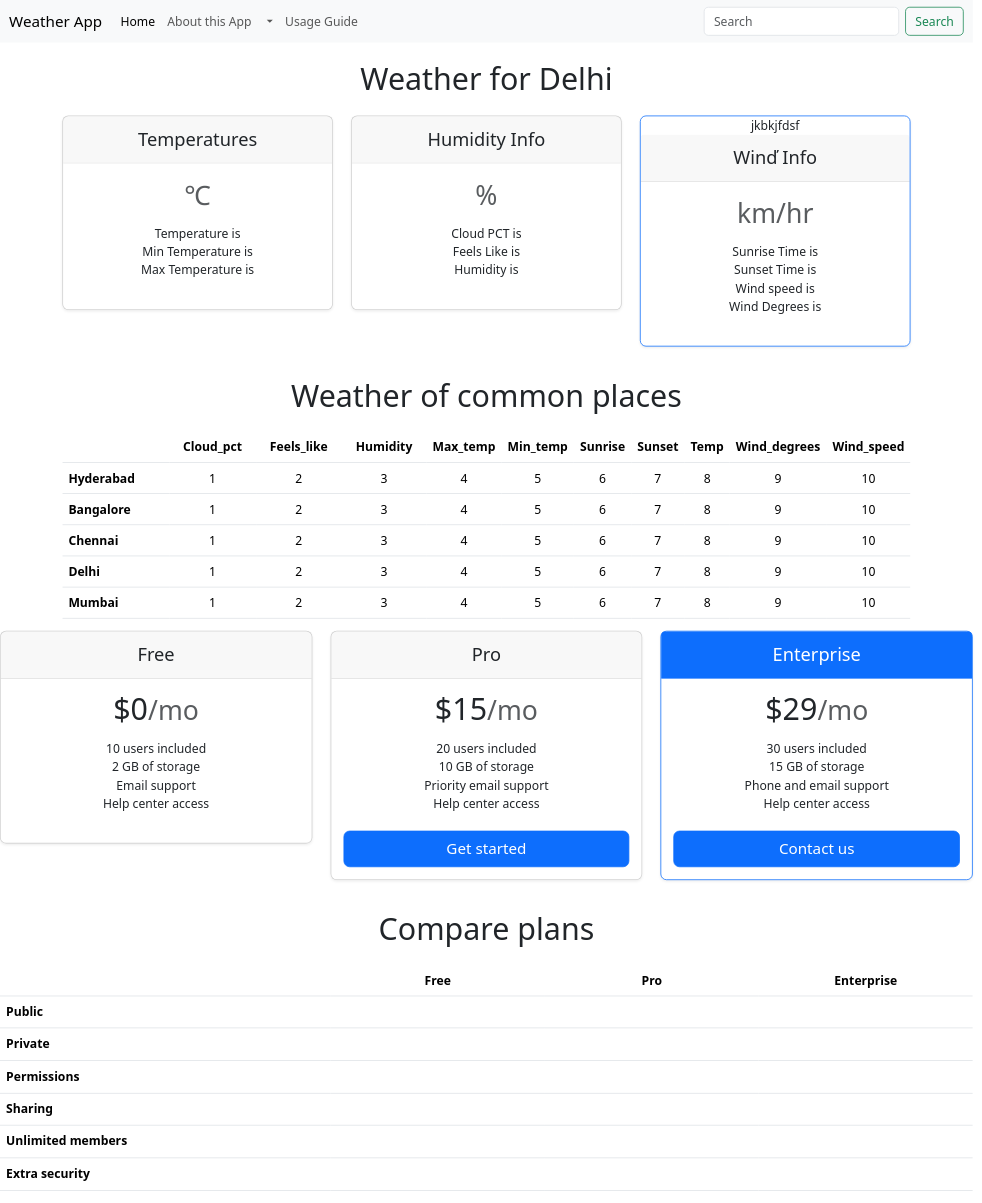
Repository: Abhilash2909/weather
Page: index.html
These files come from the project's save history. The page is drawn as it stood at one moment and after the next save; the edit follows.
The browser window is 1280 px wide. The page is 1292 px wide, so the pictures cover 1292 px, including what lies to the right of the window. The pictures show the whole page, at 76% of full size.
The page's requests for data from a server got no answer.

Above is the page before, as saved 2024-02-11 17:03:02.

### index.html
<!doctype html>
<html lang="en">
  <head>
    <meta charset="utf-8">
    <meta name="viewport" content="width=device-width, initial-scale=1">
    <title>My Weather App</title>
    <link href="https://cdn.jsdelivr.net/npm/bootstrap@5.3.2/dist/css/bootstrap.min.css" rel="stylesheet" integrity="sha384-T3c6CoIi6uLrA9TneNEoa7RxnatzjcDSCmG1MXxSR1GAsXEV/Dwwykc2MPK8M2HN" crossorigin="anonymous">
  </head>
  <body>
    <nav class="navbar navbar-expand-lg bg-body-tertiary">
        <div class="container-fluid">
          <a class="navbar-brand" href="#">Weather App</a>
          <button class="navbar-toggler" type="button" data-bs-toggle="collapse" data-bs-target="#navbarSupportedContent" aria-controls="navbarSupportedContent" aria-expanded="false" aria-label="Toggle navigation">
            <span class="navbar-toggler-icon"></span>
          </button>
          <div class="collapse navbar-collapse" id="navbarSupportedContent">
            <ul class="navbar-nav me-auto mb-2 mb-lg-0">
              <li class="nav-item">
                <a class="nav-link active" aria-current="page" href="#">Home</a>
              </li>
              <li class="nav-item">
                <a class="nav-link" href="#">About this App</a>
              </li>
              <li class="nav-item dropdown">
                <a class="nav-link dropdown-toggle" href="#" role="button" data-bs-toggle="dropdown" aria-expanded="false">
                </a>
                <ul class="dropdown-menu">
                  <li><a class="dropdown-item" href="#">Delhi</a></li>
                  <li><a class="dropdown-item" href="#">Seattle</a></li>
                  <li><a class="dropdown-item" href="#">Bangalore</a></li>
                </ul>
              </li>
              <li class="nav-item">
                <a class="nav-link" aria-disabled="true">Usage Guide</a>
              </li>
            </ul>
            <form class="d-flex" role="search">
              <input id="city" class="form-control me-2" type="search" placeholder="Search" aria-label="Search">
              <button class="btn btn-outline-success" type="submit" id="submit">Search</button>
            </form>
          </div>
        </div>
      </nav>

      <div class="container">
        <main>
          <h1 class= "my-4 text-center">Weather for <span id="cityName"></span></h1>
          <div class="row row-cols-1 row-cols-md-3 mb-3 text-center">
          <div class="col">
            <div class="card mb-4 rounded-3 shadow-sm">
              <div class="card-header py-3">
                <h4 class="my-0 fw-normal">Temperatures</h4>
              </div>
              <div class="card-body">
                <h1 class="card-title pricing-card-title"><span id="temp2"></span><small class="text-body-secondary fw-light"></span><span>&#8451;</span></small></h1>
                <ul class="list-unstyled mt-3 mb-4">
                  <li>Temperature is <span id="temp" ></span></li>
                  <li>Min Temperature is <span id="min_temp" ></span></li>
                  <li>Max Temperature is <span id="max_temp" ></span></li>
                </ul>
                <!-- <button type="button" class="w-100 btn btn-lg btn-outline-primary">Sign up for free</button> -->
              </div>
            </div>
          </div>
          <div class="col">
            <div class="card mb-4 rounded-3 shadow-sm">
              <div class="card-header py-3">
                <h4 class="my-0 fw-normal">Humidity Info</h4>
              </div>
              <div class="card-body">
                <h1 class="card-title pricing-card-title"><span id="humidity2" ></span><small class="text-body-secondary fw-light">%</small></h1>
                <ul class="list-unstyled mt-3 mb-4">
                  <li>Cloud PCT is <span id="cloud_pct" ></span></li>
                  <li>Feels Like is <span id="feels_like" ></span></li>
                  <li>Humidity is <span id="humidity" ></span></li>
                </ul>
                <!-- <button type="button" class="w-100 btn btn-lg btn-primary">Get started</button> -->
              </div>
            </div>
          </div>

          <div class="col">
            <div class="card mb-4 rounded-3 shadow-sm border-primary">jkbkjfdsf
              <div class="card-header py-3">
                <h4 class="my-0 fw-normal">Winď Info</h4>
              </div>
              <div class="card-body">
                <h1 class="card-title pricing-card-title"><span id="wind_speed2" ></span><small class="text-body-secondary fw-light">km/hr</small></h1>
                <ul class="list-unstyled mt-3 mb-4">
                  <li>Sunrise Time is <span id="sunrise" ></span></li>
                  <li>Sunset Time is <span id="sunset" ></span></li>
                  <li>Wind speed is <span id="wind_speed" ></span></li>
                  <li>Wind Degrees is <span id="wind_degrees" ></span></li>
                </ul>
                <!-- <button type="button" class="w-100 btn btn-lg btn-primary">Contact us</button> -->
              </div>
            </div>
          </div>
        </div>

        <h2 class="display-6 text-center mb-4">Weather of common places</h2>

        <div class="table-responsive">
          <table class="table text-center">
            <thead>
              <tr>
                <th style="width: 34%;">   </th>
                <th style="width: 22%;"> Cloud_pct </th>
                <th style="width: 22%;"> Feels_like </th>
                <th style="width: 22%;"> Humidity </th>
                <th style="width: 22%;"> Max_temp </th>
                <th style="width: 22%;"> Min_temp </th>
                <th style="width: 22%;"> Sunrise </th>
                <th style="width: 22%;"> Sunset </th>
                <th style="width: 22%;"> Temp </th>
                <th style="width: 22%;"> Wind_degrees </th>
                <th style="width: 22%;"> Wind_speed </th>
              </tr>
            </thead>
            <tbody>
              <tr>
                <th scope="row" class="text-start">Hyderabad</th>
                <td>1</td>
                <td>2</td>
                <td>3</td>
                <td>4</td>
                <td>5</td>
                <td>6</td>
                <td>7</td>
                <td>8</td>
                <td>9</td>
                <td>10</td>
              </tr>
              <tr>
                <th scope="row" class="text-start">Bangalore</th>
                <td>1</td>
                <td>2</td>
                <td>3</td>
                <td>4</td>
                <td>5</td>
                <td>6</td>
                <td>7</td>
                <td>8</td>
                <td>9</td>
                <td>10</td>
              </tr>
            </tbody>

            <tbody>
              <tr>
                <th scope="row" class="text-start">Chennai</th>
                <td>1</td>
                <td>2</td>
                <td>3</td>
                <td>4</td>
                <td>5</td>
                <td>6</td>
                <td>7</td>
                <td>8</td>
                <td>9</td>
                <td>10</td>
              </tr>
              <tr>
                <th scope="row" class="text-start">Delhi</th>
                <td>1</td>
                <td>2</td>
                <td>3</td>
                <td>4</td>
                <td>5</td>
                <td>6</td>
                <td>7</td>
                <td>8</td>
                <td>9</td>
                <td>10</td>
              </tr>
              <tr>
                <th scope="row" class="text-start">Mumbai</th>
                <td>1</td>
                <td>2</td>
                <td>3</td>
                <td>4</td>
                <td>5</td>
                <td>6</td>
                <td>7</td>
                <td>8</td>
                <td>9</td>
                <td>10</td>
              </tr>
            </tbody>
          </table>
        </div>
      </main></div>
    <script src="https://cdn.jsdelivr.net/npm/bootstrap@5.3.2/dist/js/bootstrap.bundle.min.js" integrity="sha384-C6RzsynM9kWDrMNeT87bh95OGNyZPhcTNXj1NW7RuBCsyN/o0jlpcV8Qyq46cDfL" crossorigin="anonymous"></script>
    <script src="script.js"></script>
</body>
</html>


<main>
  <div class="row row-cols-1 row-cols-md-3 mb-3 text-center">
    <div class="col">
      <div class="card mb-4 rounded-3 shadow-sm">
        <div class="card-header py-3">
          <h4 class="my-0 fw-normal">Free</h4>
        </div>
        <div class="card-body">
          <h1 class="card-title pricing-card-title">$0<small class="text-body-secondary fw-light">/mo</small></h1>
          <ul class="list-unstyled mt-3 mb-4">
            <li>10 users included</li>
            <li>2 GB of storage</li>
            <li>Email support</li>
            <li>Help center access</li>
          </ul>
          <!-- <button type="button" class="w-100 btn btn-lg btn-outline-primary">Sign up for free</button> -->
        </div>
      </div>
    </div>
    <div class="col">
      <div class="card mb-4 rounded-3 shadow-sm">
        <div class="card-header py-3">
          <h4 class="my-0 fw-normal">Pro</h4>
        </div>
        <div class="card-body">
          <h1 class="card-title pricing-card-title">$15<small class="text-body-secondary fw-light">/mo</small></h1>
          <ul class="list-unstyled mt-3 mb-4">
            <li>20 users included</li>
            <li>10 GB of storage</li>
            <li>Priority email support</li>
            <li>Help center access</li>
          </ul>
          <button type="button" class="w-100 btn btn-lg btn-primary">Get started</button>
        </div>
      </div>
    </div>
    <div class="col">
      <div class="card mb-4 rounded-3 shadow-sm border-primary">
        <div class="card-header py-3 text-bg-primary border-primary">
          <h4 class="my-0 fw-normal">Enterprise</h4>
        </div>
        <div class="card-body">
          <h1 class="card-title pricing-card-title">$29<small class="text-body-secondary fw-light">/mo</small></h1>
          <ul class="list-unstyled mt-3 mb-4">
            <li>30 users included</li>
            <li>15 GB of storage</li>
            <li>Phone and email support</li>
            <li>Help center access</li>
          </ul>
          <button type="button" class="w-100 btn btn-lg btn-primary">Contact us</button>
        </div>
      </div>
    </div>
  </div>

  <h2 class="display-6 text-center mb-4">Compare plans</h2>

  <div class="table-responsive">
    <table class="table text-center">
      <thead>
        <tr>
          <th style="width: 34%;"></th>
          <th style="width: 22%;">Free</th>
          <th style="width: 22%;">Pro</th>
          <th style="width: 22%;">Enterprise</th>
        </tr>
      </thead>
      <tbody>
        <tr>
          <th scope="row" class="text-start">Public</th>
          <td><svg class="bi" width="24" height="24"><use xlink:href="#check"></use></svg></td>
          <td><svg class="bi" width="24" height="24"><use xlink:href="#check"></use></svg></td>
          <td><svg class="bi" width="24" height="24"><use xlink:href="#check"></use></svg></td>
        </tr>
        <tr>
          <th scope="row" class="text-start">Private</th>
          <td></td>
          <td><svg class="bi" width="24" height="24"><use xlink:href="#check"></use></svg></td>
          <td><svg class="bi" width="24" height="24"><use xlink:href="#check"></use></svg></td>
        </tr>
      </tbody>

      <tbody>
        <tr>
          <th scope="row" class="text-start">Permissions</th>
          <td><svg class="bi" width="24" height="24"><use xlink:href="#check"></use></svg></td>
          <td><svg class="bi" width="24" height="24"><use xlink:href="#check"></use></svg></td>
          <td><svg class="bi" width="24" height="24"><use xlink:href="#check"></use></svg></td>
        </tr>
        <tr>
          <th scope="row" class="text-start">Sharing</th>
          <td></td>
          <td><svg class="bi" width="24" height="24"><use xlink:href="#check"></use></svg></td>
          <td><svg class="bi" width="24" height="24"><use xlink:href="#check"></use></svg></td>
        </tr>
        <tr>
          <th scope="row" class="text-start">Unlimited members</th>
          <td></td>
          <td><svg class="bi" width="24" height="24"><use xlink:href="#check"></use></svg></td>
          <td><svg class="bi" width="24" height="24"><use xlink:href="#check"></use></svg></td>
        </tr>
        <tr>
          <th scope="row" class="text-start">Extra security</th>
          <td></td>
          <td></td>
          <td><svg class="bi" width="24" height="24"><use xlink:href="#check"></use></svg></td>
        </tr>
      </tbody>
    </table>
  </div>
</main>

### script.js

// const url = 'https://weather-by-api-ninjas.p.rapidapi.com/v1/weather?city=Seattle';
// const options = {
//     method: 'GET',
//     headers: {
//         'X-RapidAPI-Key': '9f5fc666cemsh950495f18781500p1999a7jsna0d8657b4aba',
//         'X-RapidAPI-Host': 'weather-by-api-ninjas.p.rapidapi.com'
//     }
// };

// async function fetchData() {
//     try {
//         const response = await fetch(url, options);
//         const result = await response.text();
//         console.log(result);
//     } catch (error) {
//         console.error(error);
//     }
// }

// fetchData();


// const url = 'https://weather-by-api-ninjas.p.rapidapi.com/v1/weather?city=Seattle';
// const options = {
// 	method: 'GET',
// 	headers: {
// 		'X-RapidAPI-Key': '9f5fc666cemsh950495f18781500p1999a7jsna0d8657b4aba',
// 		'X-RapidAPI-Host': 'weather-by-api-ninjas.p.rapidapi.com'
// 	}
// };

// try {
// 	const response = await fetch(url, options);
// 	const result = await response.text();
// 	console.log(result);
// } catch (error) {
// 	console.error(error);
// }



const options = {
    method: 'GET',
    headers: {
      'X-RapidAPI-Key': 'b45e96323fmshf5e4bc50d3b8a90p1e091djsnfb21cde4eb87',
      'X-RapidAPI-Host': 'weather-by-api-ninjas.p.rapidapi.com'
    }
  };
const getWeather = (city) => {
  cityName.innerHTML = city
  fetch('https://weather-by-api-ninjas.p.rapidapi.com/v1/weather?city=' + city, options)
    .then(response => response.json())
    .then((response) => {
      console.log(response)
      cloud_pct.innerHTML = response.cloud_pct
      temp.innerHTML = response.temp
      temp2.innerHTML = response.temp
      feels_like.innerHTML = response.feels_like
      humidity.innerHTML = response.humidity
      humidity2.innerHTML = response.humidity
      min_temp.innerHTML = response.min_temp
      max_temp.innerHTML = response.max_temp
      wind_speed.innerHTML = response.wind_speed
      wind_speed2.innerHTML = response.wind_speed
      wind_degrees.innerHTML = response.wind_degrees
      sunrise.innerHTML = response.sunrise
      sunset.innerHTML = response.sunset
    })
    .catch(error => console.error(error));
}

submit.addEventListener("click", (e)=>{
  e.preventDefault()
  getWeather(city.value)
})

getWeather("Delhi")

After the next save:
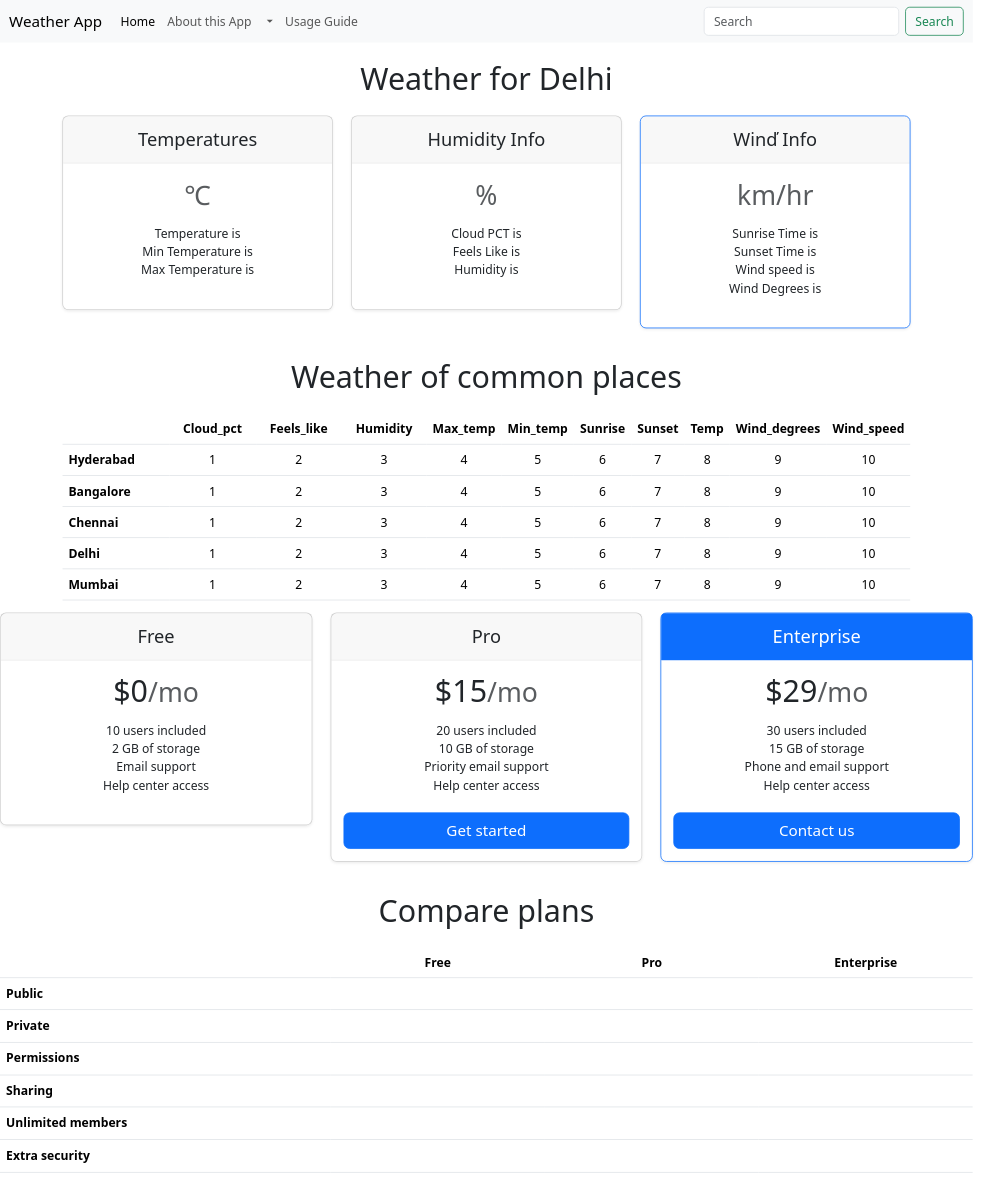
Saved 4 s later.
--- a/index.html
+++ b/index.html
@@ -80,7 +80,7 @@
           </div>
 
           <div class="col">
-            <div class="card mb-4 rounded-3 shadow-sm border-primary">jkbkjfdsf
+            <div class="card mb-4 rounded-3 shadow-sm border-primary">
               <div class="card-header py-3">
                 <h4 class="my-0 fw-normal">Winď Info</h4>
               </div>
